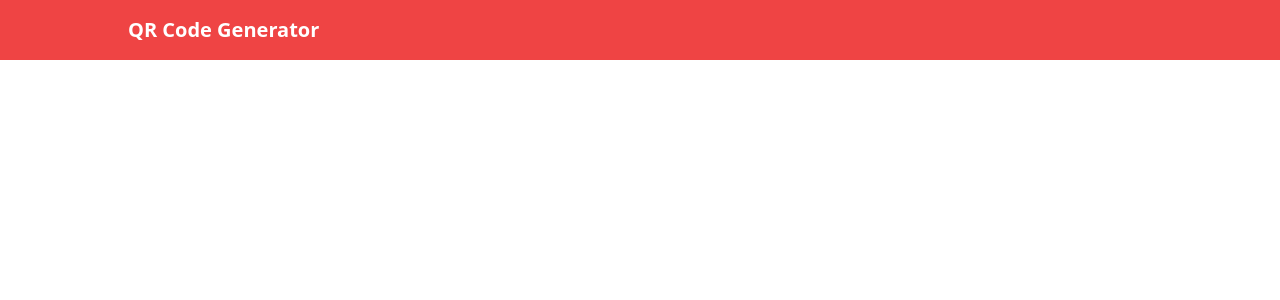
Repository: Ellisvelandia/QR-generator
Page: index.html
An editor plug-in stored every save of this project. The page is shown before and after a run of saves, followed by the edit.
The browser window is 1280 px wide. The pictures show the whole page.
Some web libraries are served in a nearby version.

Above is the page before, as saved 2022-08-21 20:39:45.

After the next 4 saves:
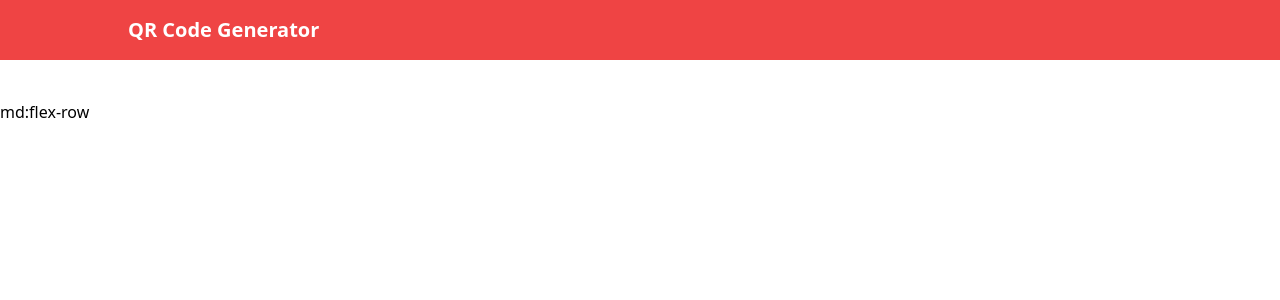
The 4 saves are shown as one change because they came seconds apart.
The last was saved 27 s later.
--- a/index.html
+++ b/index.html
@@ -34,7 +34,7 @@
       </div>
     </header>
     <main class="">
-
+md:flex-row
     </main>
   </body>
 </html>

After the 2 saves that followed:
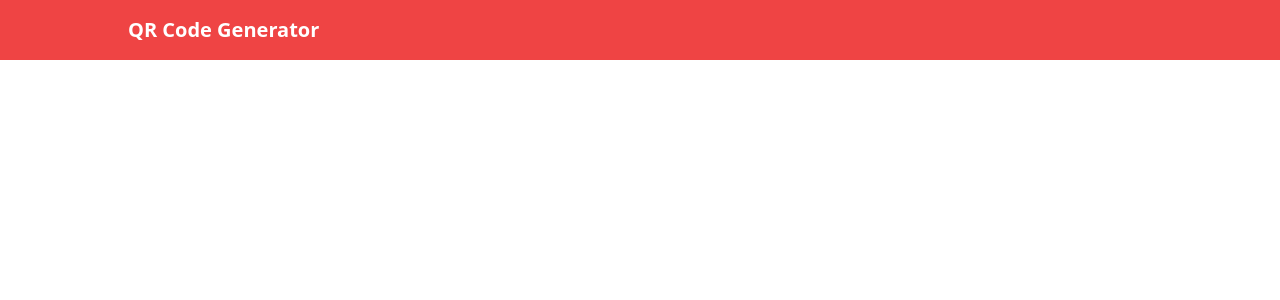
The 2 saves are shown as one change because they came seconds apart.
The last was saved 12 s later.
--- a/index.html
+++ b/index.html
@@ -34,7 +34,7 @@
       </div>
     </header>
     <main class="">
-md:flex-row
+
     </main>
   </body>
 </html>
